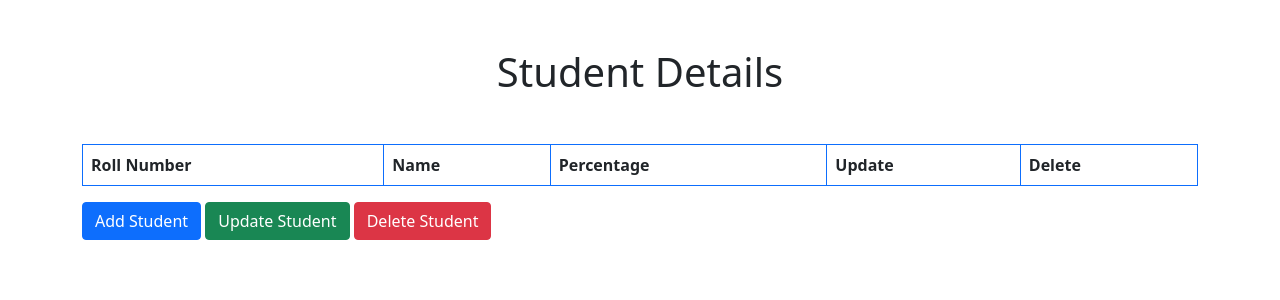
Repository: valletivarish/monojsp
Page: http://localhost/10-student-mvc-db/student
These files come from the project's save history. The page is drawn as it stood at one moment and after the next save; the edit follows.
The browser window is 1280 px wide. The pictures show the whole page.
The page is served by Tomcat 9. Other server files are loaded and not shown. Queries for data that is not in the repository find no rows.

Above is the page before, as saved 2024-07-17 10:53:18.

### 10-student-mvc-db/WebContent/list-of-students.jsp
<%@ page language="java" contentType="text/html; charset=ISO-8859-1"
	pageEncoding="ISO-8859-1"%>
<%@ taglib uri="http://java.sun.com/jsp/jstl/core" prefix="c"%>
<%@ taglib uri="http://java.sun.com/jsp/jstl/functions" prefix="fn"%>
<!DOCTYPE html>
<html>
<head>
<meta charset="ISO-8859-1">
<title>Students Details</title>
<link
	href="https://cdn.jsdelivr.net/npm/bootstrap@5.0.2/dist/css/bootstrap.min.css"
	rel="stylesheet"
	integrity="sha384-EVSTQN3/azprG1Anm3QDgpJLIm9Nao0Yz1ztcQTwFspd3yD65VohhpuuCOmLASjC"
	crossorigin="anonymous">
<script
	src="https://cdn.jsdelivr.net/npm/bootstrap@5.0.2/dist/js/bootstrap.bundle.min.js"
	integrity="sha384-MrcW6ZMFYlzcLA8Nl+NtUVF0sA7MsXsP1UyJoMp4YLEuNSfAP+JcXn/tWtIaxVXM"
	crossorigin="anonymous"></script>
</head>
<body>
	<div class="container-lg my-5">
		<h1 class="text-center my-5">Student Details</h1>
		<table class="table table-hover table-bordered border-primary">
			<thead>
				<tr>
					<th>Roll Number</th>
					<th>Name</th>
					<th>Percentage</th>
					<th>Update</th>
					<th>Delete</th>
				</tr>
			</thead>
			<tbody>
				<c:forEach var="student" items="${theStudentList}">
					<tr>
						<td>${student.rollNumber}</td>
						<td>${student.name}</td>
						<td>${student.percentage}</td>
						<td><a href="/student?command=load?id${student.id}" class="btn btn-warning">Update</a> </td>
						<td><a href="/student?command=load?id${student.id}" class="btn btn-danger">Delete</a> </td>
					</tr>
				</c:forEach>
			</tbody>
		</table>
		<a href="add-student.jsp" class="btn btn-primary">Add Student</a>
		<a href="update-student.jsp" class="btn btn-success">Update Student</a>
		<a href="delete-student.jsp" class="btn btn-danger">Delete Student</a>
	</div>
</body>
</html>

### 10-student-mvc-db/src/com/monocept/controller/StudentController.java
package com.monocept.controller;

import java.io.IOException;
import java.sql.SQLException;
import java.util.List;

import javax.annotation.Resource;
import javax.servlet.RequestDispatcher;
import javax.servlet.ServletException;
import javax.servlet.annotation.WebServlet;
import javax.servlet.http.HttpServlet;
import javax.servlet.http.HttpServletRequest;
import javax.servlet.http.HttpServletResponse;
import javax.sql.DataSource;

import com.monocept.dao.StudentDBUtil;
import com.monocept.entity.Student;

@WebServlet("/student")
public class StudentController extends HttpServlet {
	private static final long serialVersionUID = 1L;

	private StudentDBUtil studentDbUtil;

	@Resource(name = "jdbc/studentdb")
	private DataSource dataSource;

	@Override
	public void init() throws ServletException {
		super.init();
		studentDbUtil = new StudentDBUtil(dataSource);
	}

	protected void doGet(HttpServletRequest request, HttpServletResponse response)
			throws ServletException, IOException {
		String command = request.getParameter("command");
		if (command == null) {
			command = "list";
		}
		try {

			switch (command) {
			case "add":
				addStudent(request, response);
				break;
			case "update":
				updateStudent(request, response);
				break;
			case "delete":
				deleteStudent(request, response);
				break;
			default:
				listStudent(request, response);
			}
		} catch (SQLException e) {
			e.printStackTrace();
		} catch (ServletException e) {
			e.printStackTrace();
		} catch (IOException e) {
			e.printStackTrace();
		}
	}

	private void updateStudent(HttpServletRequest request, HttpServletResponse response)
			throws IOException, SQLException {
		String idParameter = request.getParameter("id");
		String name = request.getParameter("name");
		String percentageParameter = request.getParameter("percentage");
		int id = 0;
		int percentage = 0;

		try {
			if (idParameter != null && !idParameter.isEmpty()) {
				id = Integer.parseInt(idParameter);
			}
		} catch (NumberFormatException e) {
			e.printStackTrace();
		}

		try {
			if (percentageParameter != null && !percentageParameter.isEmpty()) {
				percentage = Integer.parseInt(percentageParameter);
			}
		} catch (NumberFormatException e) {
			e.printStackTrace();
		}
		System.out.println(name);
		System.out.println(percentage);
		Student student = new Student(id, name, percentage);
		boolean isUpdated = studentDbUtil.updateStudent(student);
		if (isUpdated) {
			response.sendRedirect(request.getContextPath() + "/student");
		}
	}

	private void deleteStudent(HttpServletRequest request, HttpServletResponse response) {
		String parameter = request.getParameter("id");
	}

	private void addStudent(HttpServletRequest request, HttpServletResponse response)
			throws SQLException, ServletException, IOException {
		String name = request.getParameter("name");
		String percentageParameter = request.getParameter("percentage");
		int percentage = 0;
		try {
			if (percentageParameter != null && !percentageParameter.isEmpty()) {
				percentage = Integer.parseInt(percentageParameter);
			}
		} catch (NumberFormatException e) {
			e.printStackTrace();
		}
		Student student = new Student(name, percentage);
		boolean isAdded = studentDbUtil.addStudent(student);
		if (isAdded) {
//			response.sendRedirect(request.getContextPath() + "/student");
			listStudent(request,response);

		}

	}

	private void listStudent(HttpServletRequest request, HttpServletResponse response)
			throws ServletException, IOException {
		List<Student> students = studentDbUtil.getStudentList();
		request.setAttribute("theStudentList", students);
		RequestDispatcher requestDispatcher = request.getRequestDispatcher("list-of-students.jsp");
		requestDispatcher.forward(request, response);

	}

	protected void doPost(HttpServletRequest request, HttpServletResponse response)
			throws ServletException, IOException {
		doGet(request, response);
	}

}

After the next save:
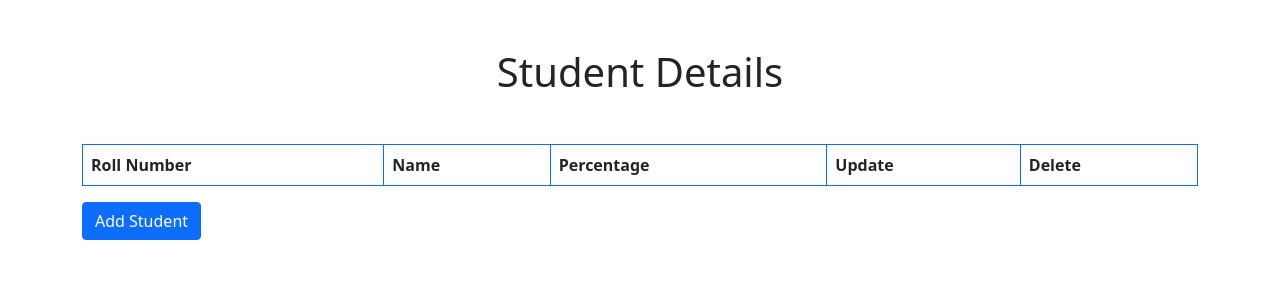
Saved 19 s later.
--- a/10-student-mvc-db/WebContent/list-of-students.jsp
+++ b/10-student-mvc-db/WebContent/list-of-students.jsp
@@ -43,8 +43,6 @@
 			</tbody>
 		</table>
 		<a href="add-student.jsp" class="btn btn-primary">Add Student</a>
-		<a href="update-student.jsp" class="btn btn-success">Update Student</a>
-		<a href="delete-student.jsp" class="btn btn-danger">Delete Student</a>
 	</div>
 </body>
 </html>
